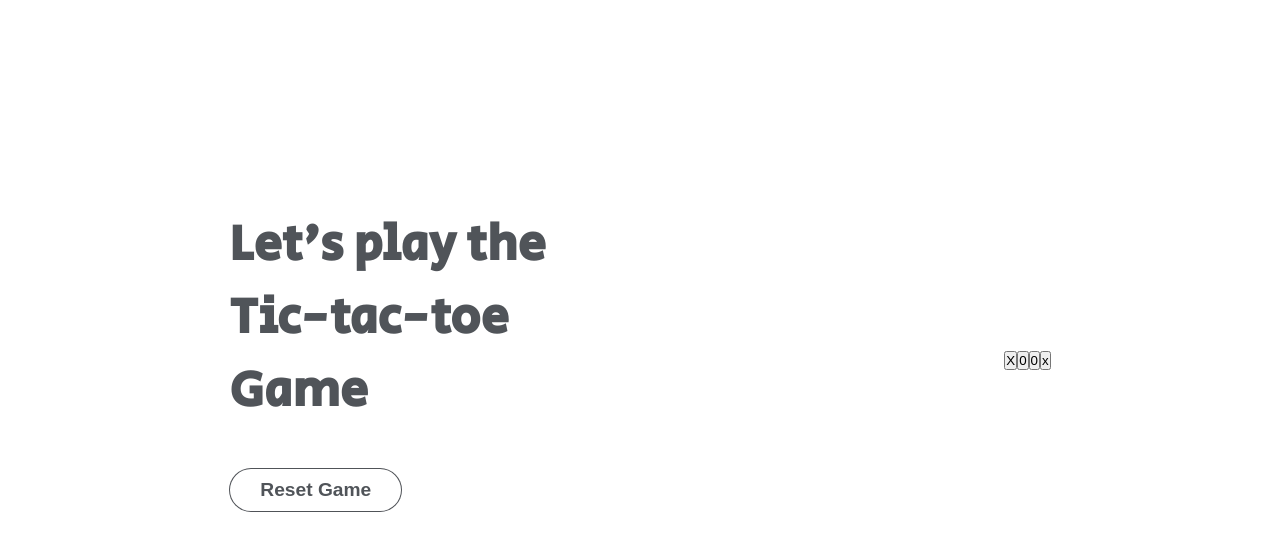
Repository: evergreenx/tic-tac
Page: /
An editor plug-in stored every save of this project. The page is shown before and after a run of saves, followed by the edit.
The browser window is 1280 px wide. The pictures show the whole page.
The project was rebuilt for these pictures with package versions that can differ from the ones it lists, and the page was loaded fresh each time.

Above is the page before, as saved 2022-04-21 13:40:12.

### src/index.scss

$primary-color: #02070eb0;

@import url("https://fonts.googleapis.com/css2?family=Anton&family=Secular+One&display=swap");

* {
  margin: 0;
  padding: 0;
  box-sizing: border-box;
}

body {
  font-family: "Secular One", sans-serif;
}

.App {
  display: flex;
  flex-direction: row;
  align-items: center;
  justify-content: space-around;
  height: 100vh;

  .board-text {
    .heading {
      color: $primary-color;
      font-size: 50px;
      margin-bottom: 20px;
    }

    .reset--button--text {
      color: $primary-color;
      font-size: 1.2rem;
      padding: 10px 30px;
      border: 1px $primary-color solid;
      border-radius: 50px;
      cursor: pointer;
      background-color: #fff;
      margin-top: 20px;
      font-weight: 600;
    }
  }
}

@media (max-width: 768px) {
  .App {
    flex-direction: column;
  }
}

### src/App.js
import Board from "./components/Board";

function App() {
  return (
    <section className="App">
      <div className="board-text">
        <h1 className="heading">
          Let's play the <br /> Tic-tac-toe <br />  Game
        </h1>
        <div class="reset--button">
          <button class="reset--button--text">Reset Game</button>
        </div>
      </div>

      <Board />
    </section>
  );
}

export default App;

### src/components/Board.jsx
import React from "react";
import './Board.scss'

function Board() {
  return (
    <div className="board">
      <button>X</button>

      <button>0</button>

      <button>0</button>

      <button>x</button>
    </div>
  );
}

export default Board;

### src/components/Board/Board.scss
.board {
  display: flex;
  flex-direction: row;
    align-items: center;
}

.game-status{
    align-self: flex-end;
    padding: 30px 0;
}

Loaded but not shown: public/index.html (common file); src/index.js (common file); src/reportWebVitals.js (common file)

After the next 3 saves:
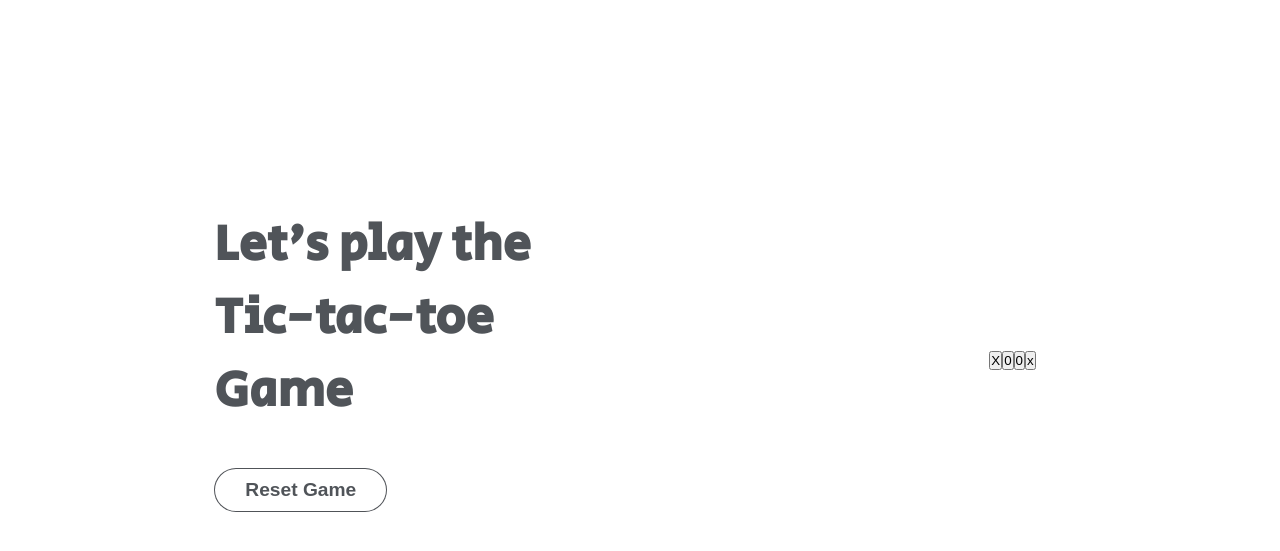
The 3 saves are shown as one change because they came seconds apart.
The last was saved 8 s later.
--- a/src/components/Board/Board.scss
+++ b/src/components/Board/Board.scss
@@ -1,7 +1,7 @@
 .board {
   display: flex;
   flex-direction: row;
-    align-items: center;
+   padding: 30px;
 }
 
 .game-status{
